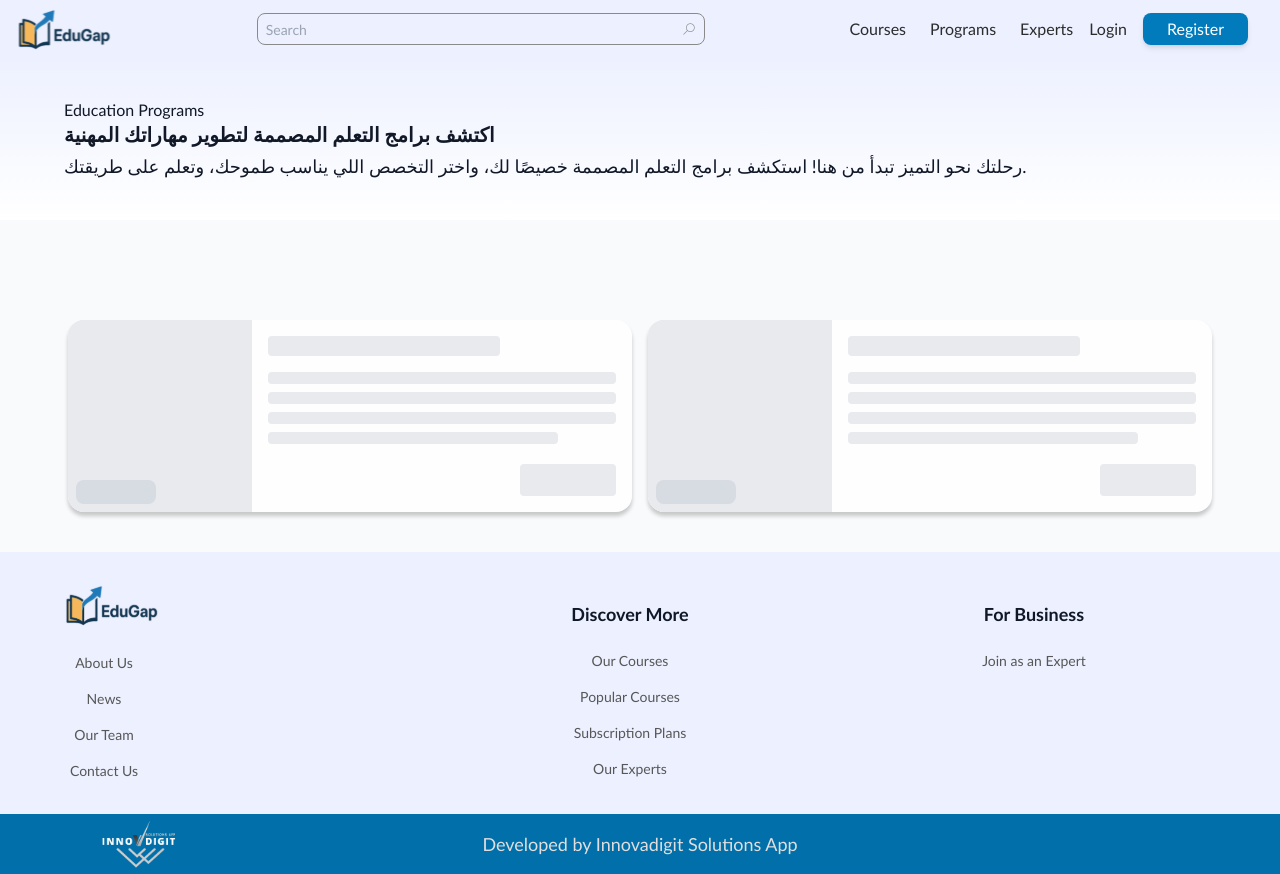
Repository: Yehyv/EduGap-Project
Page: /programs-list
The author's editor kept a copy of each file at every save. The page is drawn from the files as they stood at one save, then again after the next save.
The browser window is 1280 px wide. The pictures show the whole page.
The page's requests for data from a server got no answer. The project was rebuilt for these pictures with package versions that can differ from the ones it lists, and the page was loaded fresh each time. Some packages were replaced by stand-ins written for this rebuild. No one was signed in, and anything a server would have sent is missing. Also part of the build but not shown: vite.config.ts, src/features/auth/services/authApi.ts, src/shared/utils/AppSwal.tsx, src/shared/utils/ShowMessagesAlert.tsx, src/features/auth/hooks/useLogin.ts, src/features/auth/components/LoginForm.tsx, src/features/auth/index.ts, src/shared/hooks/useClickOutside.ts and 75 more.

Above is the page before, as saved 2025-09-30 15:04:27.

### index.html
<!doctype html>
<html lang="en">

<head>
  <meta charset="UTF-8" />
  <meta name="viewport" content="width=device-width, initial-scale=1.0" />
  <link rel="icon" type="image/svg+xml" href="/favicon.svg" />
  <link rel="icon" type="image/png" href="/favicon-96x96.png" sizes="96x96" />
  <link rel="icon" type="image/svg+xml" href="/favicon.svg" />
  <link rel="shortcut icon" href="/favicon.ico" />
  <link rel="apple-touch-icon" sizes="180x180" href="/apple-touch-icon.png" />
  <link rel="manifest" href="/site.webmanifest" />
  <title>EduGap</title>
</head>

<body>
  <div id="root"></div>
  <script type="module" src="/src/main.tsx"></script>
</body>

</html>

### src/main.tsx
import { createRoot } from "react-dom/client";
import { BrowserRouter } from "react-router-dom";
import "./index.css";
import AppRoutes from "./routes/AppRoutes.tsx";
import "slick-carousel/slick/slick.css";
import "slick-carousel/slick/slick-theme.css";
import { AuthProvider } from "./features/auth/context/AuthContext.tsx";
import { QueryClient, QueryClientProvider } from "@tanstack/react-query";
import { ReactQueryDevtools } from "@tanstack/react-query-devtools";
import { LanguageProvider } from "./shared/localization/LanguageProvider.tsx";
import HtmlDirection from "./shared/utils/HtmlDirections.tsx";

const queryClient = new QueryClient();

createRoot(document.getElementById("root")!).render(
  <QueryClientProvider client={queryClient}>
    <BrowserRouter>
      <LanguageProvider>
        <HtmlDirection>
          <AuthProvider>
            <AppRoutes />
            {import.meta.env.DEV && (
              <ReactQueryDevtools initialIsOpen={false} />
            )}
          </AuthProvider>
        </HtmlDirection>
      </LanguageProvider>
    </BrowserRouter>
  </QueryClientProvider>
);

### src/features/auth/context/AuthContext.tsx
import { createContext, useContext, useState } from "react";
import type { AuthContextType } from "../auth.types";

const AuthContext = createContext<AuthContextType | undefined>(undefined);

export const AuthProvider = ({ children }: { children: React.ReactNode }) => {
  const [token, setToken] = useState<string | null>(
    localStorage.getItem("token")
  );

  const login = (newToken: string) => {
    localStorage.setItem("token", newToken);
    setToken(newToken);
  };
  const saveRefreshToken = (refreshToken: string) => {
    localStorage.setItem("refresh-token", refreshToken);
  };

  const logout = () => {
    localStorage.removeItem("token");
    setToken(null);
  };

  return (
    <AuthContext.Provider value={{ token, login, logout, saveRefreshToken }}>
      {children}
    </AuthContext.Provider>
  );
};

export const useAuth = () => {
  const ctx = useContext(AuthContext);
  if (!ctx) {
    throw new Error("useAuth must be used inside AuthProvider");
  }
  return ctx;
};

### src/shared/localization/LanguageProvider.tsx
import { useState, useEffect } from "react";
import translations from "./translations";
import { LanguageContext } from "./LanguageContext";
import type { Language, TranslationKeys } from "./LanguageContext";

export const LanguageProvider = ({
  children,
}: {
  children: React.ReactNode;
}) => {
  const [lang, setLangState] = useState<Language>(() => {
    const saved = localStorage.getItem("lang") as Language | null;
    if (saved) return saved;
    if (navigator.language.startsWith("ar")) return "ar";
    return "en";
  });

  useEffect(() => {
    localStorage.setItem("lang", lang);
    document.body.dir = lang === "ar" ? "rtl" : "ltr";
    document.body.lang = lang;
  }, [lang]);

  const t = (key: TranslationKeys) => translations[lang][key];

  const setLang = (newLang: Language) => {
    setLangState(newLang);
  };

  return (
    <LanguageContext.Provider value={{ lang, setLang, t }}>
      {children}
    </LanguageContext.Provider>
  );
};

### src/shared/utils/HtmlDirections.tsx
import { useEffect } from "react";
import { useLanguage } from "../localization/useLanguage";

const HtmlDirection = ({ children }: { children: React.ReactNode }) => {
  const { lang } = useLanguage();

  useEffect(() => {
    document.body.dir = lang === "ar" ? "rtl" : "ltr";
    document.body.lang = lang;
  }, [lang]);

  return <>{children}</>;
};

export default HtmlDirection;

### src/assets/fonts/fonts.css
@font-face {
  font-family: "Rubik";
  src: url("./Rubik-Regular.woff2") format("woff2");
  font-weight: 400;
  font-style: normal;
}

@font-face {
  font-family: "Rubik";
  src: url("./Rubik-Medium.woff2") format("woff2");
  font-weight: 500;
  font-style: normal;
}

@font-face {
  font-family: "Rubik";
  src: url("./Rubik-Bold.woff2") format("woff2");
  font-weight: 700;
  font-style: normal;
}

### src/layouts/MainLayout/MainLayouts.tsx
import { Outlet } from "react-router-dom";
import { Header, InnovaFooter, Footer } from "@/shared/components";

const MainLayout = () => {
  return (
    <div className="min-h-screen flex flex-col bg-gray-50">
      <Header />
      {/* Main Content */}
      <main className="flex-1 grid grid-cols-1 gap-10 ">{<Outlet />}</main>
      <div>
        <Footer />
        <InnovaFooter />
      </div>
    </div>
  );
};

export default MainLayout;

### src/pages/ProgramsList.tsx
import SectionTitle from "@/shared/components/SectionTitle";
import type { ProgramsResponse } from "@/shared/types/sharedTypes";
import { useQuery } from "@tanstack/react-query";
import ErrorMessage from "@/shared/components/ErrorMessage";
import ScrollToTop from "@/shared/utils/ScrollToTop";
import CustomPagination from "@/shared/utils/CustomPagination";
import { useLanguage } from "@/shared/localization/useLanguage";
import { useSearchParams } from "react-router-dom";
import ProgramsSectionCardSkeleton from "@/shared/components/ui/ProgramsSectionCardSkeleton";
import ProgramsSectionCard from "@/shared/components/EduGap/ProgramsSectionCard";
import { RESULTS_PER_PAGE } from "@/shared/utils/globals";
import { getAllEducationsList } from "@/features/GuestHome/services/GuestHomeApi";

const GuestPopularCoursesPage = () => {
  const { t } = useLanguage();
  const [searchParams, setSearchParams] = useSearchParams();
  const page = Number(searchParams.get("page")) || 1;

  const { data, isLoading, error } = useQuery<ProgramsResponse>({
    queryKey: ["getGuestProgramsList", page],
    queryFn: () => getAllEducationsList(page.toString(), RESULTS_PER_PAGE),
  });

  const handlePageChange = (newPage: number) => {
    setSearchParams({ page: newPage.toString() });
  };

  if (error) return <ErrorMessage message={error?.message} />;

  return (
    <>
      <div className="bg-gradient-to-b from-primary to-[white] py-10">
        <div className="container">
          <h5>{t("programs_title")}</h5>
          <h4 className="font-bold">
            اكتشف برامج التعلم المصممة لتطوير مهاراتك المهنية
          </h4>
          <p className="text-lg">
            رحلتك نحو التميز تبدأ من هنا! استكشف برامج التعلم المصممة خصيصًا لك،
            واختر التخصص اللي يناسب طموحك، وتعلم على طريقتك.
          </p>
        </div>
      </div>
      <div className="mb-5 mt-10 container">
        <ScrollToTop />

        {isLoading ? (
          <div className="grid grid-cols-1 sm:grid-cols-2 gap-2">
            {Array.from({ length: 2 }).map((_, idx) => (
              <ProgramsSectionCardSkeleton key={idx} />
            ))}
          </div>
        ) : data?.formattedPrograms?.length === 0 ? (
          <div className="flex justify-center items-center py-10">
            <p className="text-gray-500 text-lg font-medium">
              {t("no_data_available") ?? "لا يوجد بيانات متاحة"}
            </p>
          </div>
        ) : (
          <>
            <div className="grid grid-cols-1 sm:grid-cols-2 gap-4">
              {data?.formattedPrograms?.map((d, index) => (
                <ProgramsSectionCard key={index} data={d} />
              ))}
            </div>
            <CustomPagination
              currentPage={data?.pagination.page ?? 1}
              onPageChange={handlePageChange}
              totalPages={data?.pagination.totalPages ?? 1}
            />
          </>
        )}
      </div>
    </>
  );
};

export default GuestPopularCoursesPage;

### src/shared/localization/LanguageContext.tsx
import { createContext } from "react";
import translations from "./translations";

export type Language = keyof typeof translations;
export type TranslationKeys = keyof (typeof translations)["en"];

export type LanguageContextType = {
  lang: Language;
  setLang: (lang: Language) => void;
  t: (key: TranslationKeys) => string;
};

export const LanguageContext = createContext<LanguageContextType | undefined>(
  undefined
);

### src/shared/localization/useLanguage.ts
import { useContext } from "react";
import { LanguageContext } from "./LanguageContext";

export const useLanguage = () => {
  const context = useContext(LanguageContext);
  if (!context) {
    throw new Error("useLanguage must be used within LanguageProvider");
  }
  return context;
};

### src/shared/components/index.ts
export { default as Header } from "./Header";
export { default as InnovaFooter } from "./InnovaFooter";
export { default as Footer } from "./Footer";
export { default as Loader } from "./Loader";
export { default as GradientButton } from "./ui/GradientButton";
export { default as LightButton } from "./ui/LightButton";
export { default as TextField } from "./forms/TextField";
export { default as NotFoundLottie } from "./NotFoundLottie";

### src/features/GuestHome/services/GuestHomeApi.ts
import api from "@/shared/services/axios";
import type {
  ApiResponse,
  CoursesResponse,
  CourseType,
  ExpertsResponse,
  ProgramsResponse,
  ProgramsType,
} from "@/shared/types/sharedTypes";

export async function getPopularCoursesForSlider(): Promise<CourseType[]> {
  const res = await api.get<ApiResponse<CourseType[]>>("/contents/first-8");
  return res.data.data;
}
export async function getSavedCoursesForSlider(): Promise<CourseType[]> {
  const res = await api.get<ApiResponse<CourseType[]>>(
    "/saved-contents/user/first-8"
  );
  return res.data.data;
}
export async function getAllPopularCourses(
  page: string,
  limit: number
): Promise<CoursesResponse> {
  const res = await api.get<ApiResponse<CoursesResponse>>("/contents", {
    params: { page, limit },
  });
  return res.data.data;
}

export async function getAllSavedContents(
  page: string,
  limit: number
): Promise<CoursesResponse> {
  const res = await api.get<ApiResponse<CoursesResponse>>(
    "/saved-contents/user",
    {
      params: { page, limit },
    }
  );
  return res.data.data;
}

export async function getEducationProgramsForSlider(): Promise<ProgramsType[]> {
  const res = await api.get<ApiResponse<ProgramsType[]>>("/programs/first-8");
  return res.data.data;
}

export async function getAllEducationsList(
  page: string,
  limit: number
): Promise<ProgramsResponse> {
  const res = await api.get<ApiResponse<ProgramsResponse>>("/programs", {
    params: { page, limit },
  });
  return res.data.data;
}

export async function getAllExpertsList(
  page: string,
  limit: number
): Promise<ExpertsResponse> {
  const res = await api.get<ApiResponse<ExpertsResponse>>("/educators", {
    params: {
      page,
      limit,
    },
  });
  return res.data.data;
}

### src/shared/utils/globals.ts
export const RESULTS_PER_PAGE = 3;

### src/shared/components/ui/ProgramsSectionCardSkeleton.tsx
const ProgramsSectionCardSkeleton = () => {
  return (
    <div className="bg-white flex rounded-2xl shadow-custom overflow-hidden my-5 mx-1 animate-pulse">
      {/* Left image skeleton */}
      <div className="w-1/2 relative bg-gray-200">
        <div className="w-full h-40 bg-gray-200"></div>
        <div className="absolute start-2 bottom-2 bg-gray-300 rounded-lg px-3 py-1 text-sm w-20 h-6"></div>
      </div>

      {/* Right content skeleton */}
      <div className="w-full p-4 flex flex-col">
        {/* Title */}
        <div className="h-5 bg-gray-200 rounded w-2/3 mb-4"></div>
        {/* Description lines */}
        <div className="space-y-2 flex-1">
          <div className="h-3 bg-gray-200 rounded"></div>
          <div className="h-3 bg-gray-200 rounded"></div>
          <div className="h-3 bg-gray-200 rounded"></div>
          <div className="h-3 bg-gray-200 rounded w-5/6"></div>
        </div>
        {/* Button skeleton */}
        <div className="h-8 bg-gray-200 rounded w-24 self-end mt-5"></div>
      </div>
    </div>
  );
};

export default ProgramsSectionCardSkeleton;

### src/shared/components/Header.tsx
import LogoSm from "@/assets/svgs/LogoSm.svg?react";
import NavListIcon from "@/assets/svgs/NavListIcon.svg?react";
import { Link } from "react-router";
import DefaultButton from "./ui/DefaultButton";
import { useState } from "react";
import UserNav from "./UserNav";
import { useLanguage } from "../localization/useLanguage";
import SearchBar from "./ui/SearchBar";

const Header = ({ isLoggedIn = false }: { isLoggedIn?: boolean }) => {
  const { t, lang } = useLanguage();
  const [menuOpen, setMenuOpen] = useState(false);

  return (
    <header
      className={`${
        isLoggedIn ? "bg-white" : "bg-primary"
      } py-2 z-50 sticky start-0 end-0 top-0`}
    >
      <div className="container mx-auto flex items-center justify-between gap-4 px-4">
        {/* Logo */}
        <Link to={"/userHome"}>
          <LogoSm className="w-24 cursor-pointer" />
        </Link>

        {/* Desktop Search */}
        <SearchBar
          placeholder={t("search_placeholder")}
          lang={lang}
          className="sm:max-w-md mx-auto max-md:hidden"
        />

        {/* Desktop Nav */}
        <nav className="hidden md:flex gap-6">
          <Link to="/">{t("nav_courses")}</Link>
          <Link to="/">{t("nav_programs")}</Link>
          <Link to="/">{t("nav_experts")}</Link>
        </nav>

        {/* Not Auth */}
        {!isLoggedIn && (
          <div className="hidden md:flex gap-4 items-center">
            <Link to="/login">{t("auth_login")}</Link>
            <DefaultButton
              text={t("auth_register")}
              type="reset"
              moreStyle="px-6 !py-1"
              onClick={() => {}}
            />
          </div>
        )}

        {/* User & Mobile Menu */}
        <div className="flex gap-4">
          {isLoggedIn && <UserNav />}
          <button
            className="md:hidden flex items-center cursor-pointer p-1"
            onClick={() => setMenuOpen(!menuOpen)}
          >
            <NavListIcon className="h-5 w-5" />
          </button>
        </div>
      </div>

      {/* Mobile Menu */}
      {menuOpen && (
        <div
          className="md:hidden bg-white shadow-md px-4 mt-2 pt-4 pb-6 space-y-4"
          dir={lang === "ar" ? "rtl" : "ltr"}
        >
          <nav className="flex flex-col gap-3">
            <Link to="/">{t("nav_courses")}</Link>
            <Link to="/">{t("nav_programs")}</Link>
            <Link to="/">{t("nav_experts")}</Link>
          </nav>
          {!isLoggedIn && <Link to="/login">{t("auth_login")}</Link>}
          <div className="flex justify-between mt-4 gap-2">
            {!isLoggedIn && (
              <DefaultButton
                text={t("auth_register")}
                type="reset"
                moreStyle="w-[150px] !py-1"
                onClick={() => {}}
              />
            )}
          </div>
        </div>
      )}

      {/* Mobile Search */}
      <div className="mx-4 md:hidden mt-3">
        <SearchBar
          placeholder={t("search_placeholder")}
          lang={lang}
          className="max-w-md mx-auto"
        />
      </div>
    </header>
  );
};

export default Header;

### src/shared/components/InnovaFooter.tsx
import InnovaLogo from "@/assets/svgs/InnovaLogo.svg?react";
import { useLanguage } from "../localization/useLanguage";
const InnovaFooter = () => {
  const { t } = useLanguage();
  return (
    <footer className="text-[#E0DEDE] text-lg bg-[#016FA9] max-md:text-sm  text-center center items-center relative min-h-[60px]">
      <InnovaLogo className="h-[50px] max-sm:h-[35px] absolute max-sm:static left-20 max-md:left-0" />
      <div className="max-sm:mx-2">
        {" "}
        {t("footer_by_company")} Innovadigit Solutions App{" "}
      </div>
    </footer>
  );
};

export default InnovaFooter;

### src/shared/components/ui/DefaultButton.tsx
type defaultButtonPropsTypes = {
  text: string | React.ReactNode;
  type: "submit" | "reset" | "button" | undefined;
  moreStyle?: string;
  onClick: () => void;
  disabled?: boolean;
};
const DefaultButton = ({
  text,
  type,
  moreStyle,
  onClick,
  disabled,
}: defaultButtonPropsTypes) => {
  return (
    <button
      disabled={disabled}
      onClick={onClick}
      type={type}
      className={`${moreStyle} bg-gradient-to-r cursor-pointer bg-secondary text-white  px-4 py-2 rounded-lg shadow-md hover:to-secondary-dark transition`}
    >
      {text}
    </button>
  );
};

export default DefaultButton;

### src/shared/services/axios.ts
import axios from "axios";

const api = axios.create({
  baseURL: import.meta.env.VITE_BASE_URL,
  headers: {
    "Content-Type": "application/json",
  },
});

// 🔹 Refresh token API call
const refreshAccessToken = async () => {
  try {
    const refreshToken = localStorage.getItem("refresh-token");
    if (!refreshToken) throw new Error("No refresh token found");

    const response = await axios.post(
      `${import.meta.env.VITE_BASE_URL}/auth/refresh`,
      {},
      {
        headers: {
          Authorization: `Bearer ${refreshToken}`,
        },
      }
    );

    const newAccessToken = response.data?.data?.accessToken;
    const newRefreshToken = response.data?.data?.refreshToken;

    if (newAccessToken) {
      localStorage.setItem("token", newAccessToken);
    }
    if (newRefreshToken) {
      localStorage.setItem("refresh-token", newRefreshToken);
    }

    return newAccessToken;
  } catch (err) {
    localStorage.removeItem("token");
    localStorage.removeItem("refresh-token");
    localStorage.removeItem("user");
    processQueue(err, null);
    window.location.href = "/login";
    throw err;
  }
};

// 🔹 Request interceptor
api.interceptors.request.use(
  (config) => {
    const token = localStorage.getItem("token");
    const lang = localStorage.getItem("lang");

    if (token) {
      config.headers.Authorization = `Bearer ${token}`;
    }
    if (lang) {
      config.headers["languageId"] = lang === "en" ? "1" : "2";
    }
    return config;
  },
  (error) => Promise.reject(error)
);

// 🔹 Response interceptor with refresh flow
let isRefreshing = false;
let failedQueue: any[] = [];

const processQueue = (error: any, token: string | null = null) => {
  failedQueue.forEach((prom) => {
    if (error) {
      prom.reject(error);
    } else {
      prom.resolve(token);
    }
  });
  failedQueue = [];
};

api.interceptors.response.use(
  (response) => response,
  async (error) => {
    const originalRequest = error.config;

    // if unauthorized
    if (error.response?.status === 401 && !originalRequest._retry) {
      if (isRefreshing) {
        // wait until refreshing is done
        return new Promise((resolve, reject) => {
          failedQueue.push({ resolve, reject });
        })
          .then((token) => {
            originalRequest.headers.Authorization = `Bearer ${token}`;
            return api(originalRequest);
          })
          .catch((err) => Promise.reject(err));
      }

      originalRequest._retry = true;
      isRefreshing = true;

      try {
        const newToken = await refreshAccessToken();
        processQueue(null, newToken);

        originalRequest.headers.Authorization = `Bearer ${newToken}`;
        return api(originalRequest);
      } catch (err) {
        processQueue(err, null);
        throw err;
      } finally {
        isRefreshing = false;
      }
    }

    return Promise.reject(error);
  }
);

export default api;

### src/shared/components/ui/SearchBar.tsx
import SearchIcon from "@/assets/svgs/SearchIcon.svg?react";

const SearchBar = ({
  placeholder,
  lang,
  className = "",
}: {
  placeholder: string;
  lang: string;
  className?: string;
}) => (
  <div className={`relative text-gray-600 flex-1 ${className}`}>
    <input
      className="border border-[#8A8A8A] w-full h-8 px-2 pr-10 rounded-lg text-sm focus:outline-none"
      type="search"
      name="search"
      placeholder={placeholder}
      dir={lang === "ar" ? "rtl" : "ltr"}
    />
    <button type="submit" className="absolute right-2 top-1/2 -translate-y-1/2">
      <SearchIcon className="w-4 h-4" />
    </button>
  </div>
);

export default SearchBar;

Loaded but not shown: src/shared/utils/ScrollToTop.tsx (common file); src/shared/localization/translations.ts (146 lines, source omitted); src/index.css (201 lines, source omitted); src/shared/components/Footer.tsx (97 lines, source omitted); src/routes/AppRoutes.tsx (89 lines, source omitted)

After the next save:
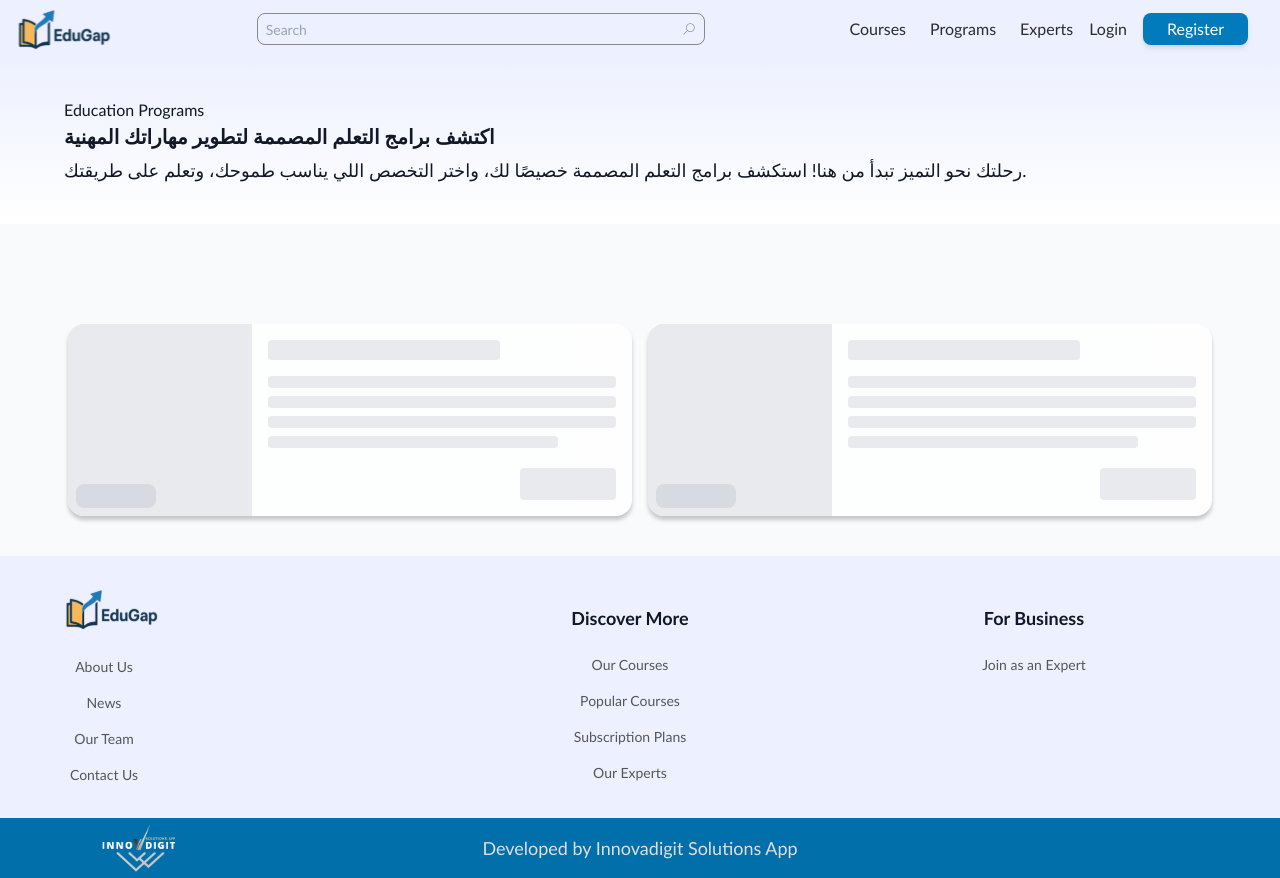
Saved 10 s later.
--- a/src/pages/ProgramsList.tsx
+++ b/src/pages/ProgramsList.tsx
@@ -32,7 +32,7 @@ const GuestPopularCoursesPage = () => {
       <div className="bg-gradient-to-b from-primary to-[white] py-10">
         <div className="container">
           <h5>{t("programs_title")}</h5>
-          <h4 className="font-bold">
+          <h4 className="text-xl">
             اكتشف برامج التعلم المصممة لتطوير مهاراتك المهنية
           </h4>
           <p className="text-lg">
